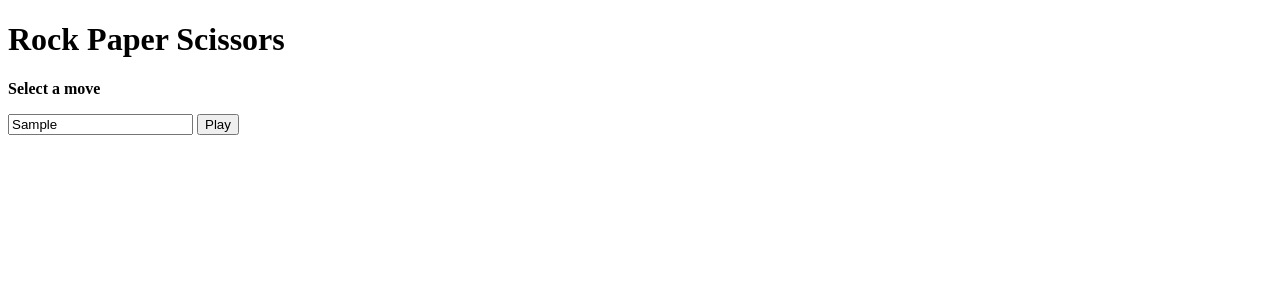
Repository: anmho/rock-paper-scissors
Page: index.html
These files come from the project's save history. The page is drawn as it stood at one moment and after a run of saves; the edit follows.
The browser window is 1280 px wide. The pictures show the whole page.
Empty fields were first filled with sample values (such as "Sample", 5 or name@example.com).
After loading, the first visible `#playButton` was clicked once.

Above is the page before, as saved 2021-10-26 22:46:02.
Console error (its wording comes from the project's code and is left out).

### index.html
<!DOCTYPE html>
<html lang="en">
  <head>
    <meta charset="UTF-8" />
    <meta http-equiv="X-UA-Compatible" content="IE=edge" />
    <meta name="viewport" content="width=device-width, initial-scale=1.0" />
    <title>Rock Paper Scissors</title>
  </head>
  <body>
    <h1>Rock Paper Scissors</h1>
    <div id="game">
      <form>
        <p style="font-weight: bold">Select a move</p>
        <input type="text" id="enterMove" />
        <button type="button" id="playButton">Play</button>
      </form>
    </div>
  </body>
</html>

<script src="app.js"></script>

### app.js
const moves = {
  0: "rock",
  1: "paper",
  2: "scissor",
}

function getPlayerMove() {
  const playerMove = document.getElementById('enterMove').value.toLowerCase();

  if (playerMove == "")
    alert("Name must be filled out");
  else if (!Object.values(moves).includes(playerMove))
    alert("Sorry that isn't a valid move");
  else {
    return playerMove;
  }
}

let winConditions = {
  "rock": "scissors",
  "paper": "rock",
  "scissors": "paper",
}

function computerPlay() {
  const move = Math.floor(Math.random() * 3); // generate random number from 1-3
  return moves[move]; // return rock, paper or scissors
}

function playRound() {
  let playerMove = getPlayerMove();
  let computerMove = computerPlay();
  console.log(playerMove, computerMove);

  const gameResult = document.createElement('p');
  gameResult.innerHTML = `You: ${playerMove} CPU: ${computerMove}`;
  document.getElementById('game').appendChild()

  if (winConditions[playerMove] === computerMove)
    alert('You win');
  else if (playerMove === computerMove)
    alert('You tied');
  else
    alert('You lose');
}

document.getElementById('playButton').addEventListener('click', playRound);

After the next 3 saves:
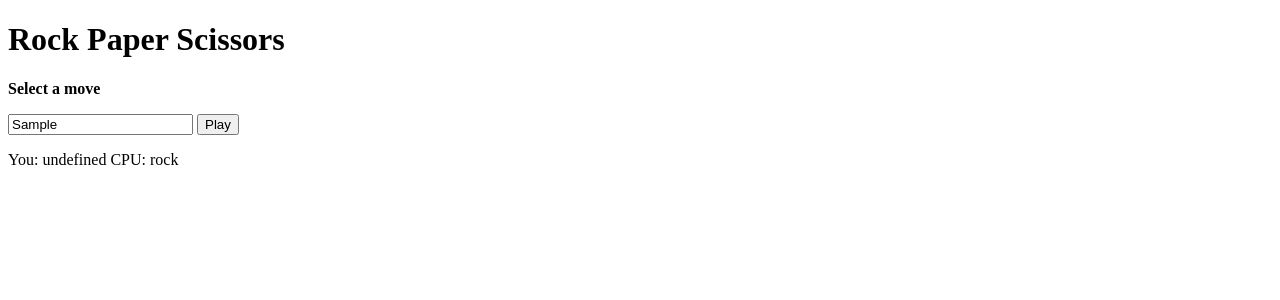
The error is gone.
The 3 saves are shown as one change because they came seconds apart.
The last was saved 10 s later.
--- a/app.js
+++ b/app.js
@@ -34,7 +34,7 @@ function playRound() {
 
   const gameResult = document.createElement('p');
   gameResult.innerHTML = `You: ${playerMove} CPU: ${computerMove}`;
-  document.getElementById('game').appendChild()
+  document.getElementById('game').appendChild(gameResult);
 
   if (winConditions[playerMove] === computerMove)
     alert('You win');
